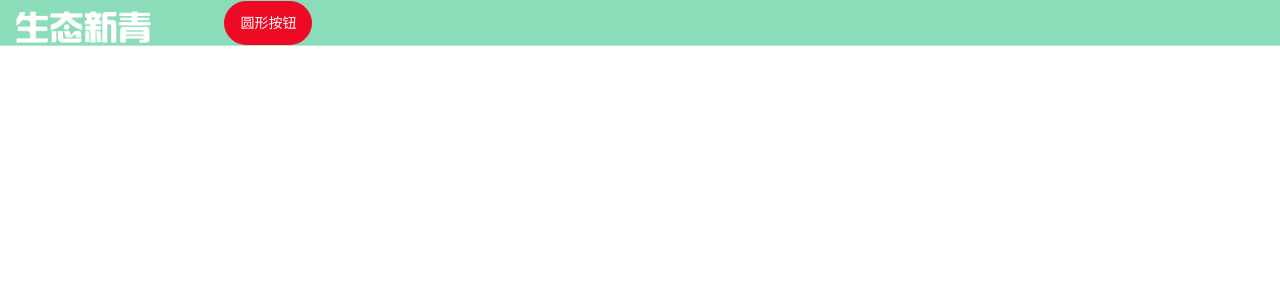
Repository: huye123/stcq
Page: /
The author's editor kept a copy of each file at every save. The page is drawn from the files as they stood at one save, then again after a run of saves.
The browser window is 1280 px wide. The pictures show the whole page.
The project was rebuilt for these pictures with package versions that can differ from the ones it lists, and the page was loaded fresh each time.

Above is the page before, as saved 2019-06-28 15:03:42.

### index.html
<!DOCTYPE html>
<html>
  <head>
    <meta charset="utf-8">
    <meta name="viewport" content="width=device-width,initial-scale=1.0">
    <title>stcqapp</title>
  </head>
  <body>
    <div id="app"></div>
    <!-- built files will be auto injected -->
  </body>
</html>

### src/main.js
// The Vue build version to load with the `import` command
// (runtime-only or standalone) has been set in webpack.base.conf with an alias.
import Vue from 'vue'
import App from './App'
import router from './router'
import Vant from 'vant';
import 'vant/lib/index.css';
Vue.use(Vant)

Vue.config.productionTip = false

// require('src\style\index.less')
/* eslint-disable no-new */
new Vue({
  el: '#app',
  router,
  components: { App },
  template: '<App/>'
})

### src/router/index.js
import Vue from 'vue'
import Router from 'vue-router'
import HelloWorld from '@/components/HelloWorld'


Vue.use(Router)

export default new Router({
  routes: [
    {
      path: '/',
      name: 'HelloWorld',
      component: HelloWorld
    }
  ]
})

### src/components/HelloWorld.vue
<template>
  <div class="hello">
    <van-nav-bar fixed class="index">
      <div slot="left">
        <!-- <span class="title">生态新青</span> -->
        <van-col span="8" class="logo">
          <img src="../../static/image/logo.png" alt="">
        </van-col>
        <van-col span="10" class="indexBtn" :offset="2">
          <van-button round type="danger">圆形按钮</van-button>
        </van-col>
      </div>
  <!-- <van-icon name="search" slot="right" /> -->
</van-nav-bar>
  </div>
</template>

<script>
export default {
  name: 'HelloWorld',
  data () {
    return {

    }
  }
}
</script>

<!-- Add "scoped" attribute to limit CSS to this component only -->

<style scoped>
 .index{
   background-color: rgba(25, 186, 117, 0.5);
   /* opacity: 0.5; */

 }
  .logo img{
     width: 100%;
      display: block;
      margin-top: 10px;

   }
   .indexBtn button{

   }

</style>

Loaded but not shown: src/App.vue (common file)

After the next 6 saves:
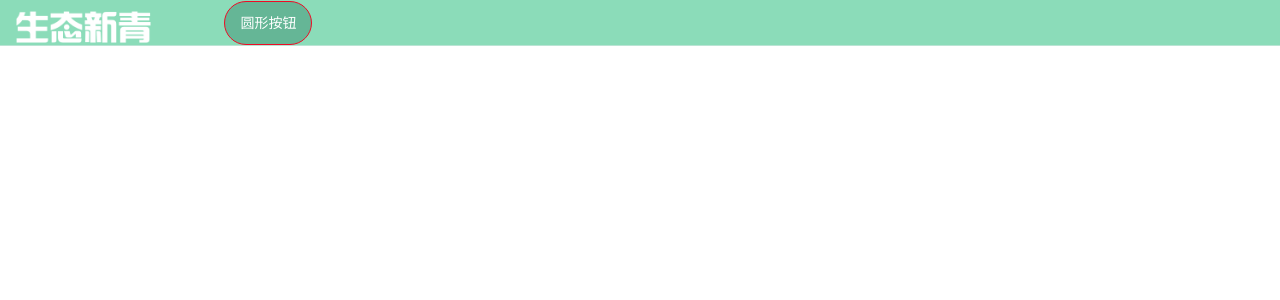
The 6 saves are shown as one change because 1 did not build or start and some came seconds apart.
The last was saved 30 s later.
--- a/src/components/HelloWorld.vue
+++ b/src/components/HelloWorld.vue
@@ -41,6 +41,7 @@
 
    }
    .indexBtn button{
+     background-color: #65b696;
 
    }
 
